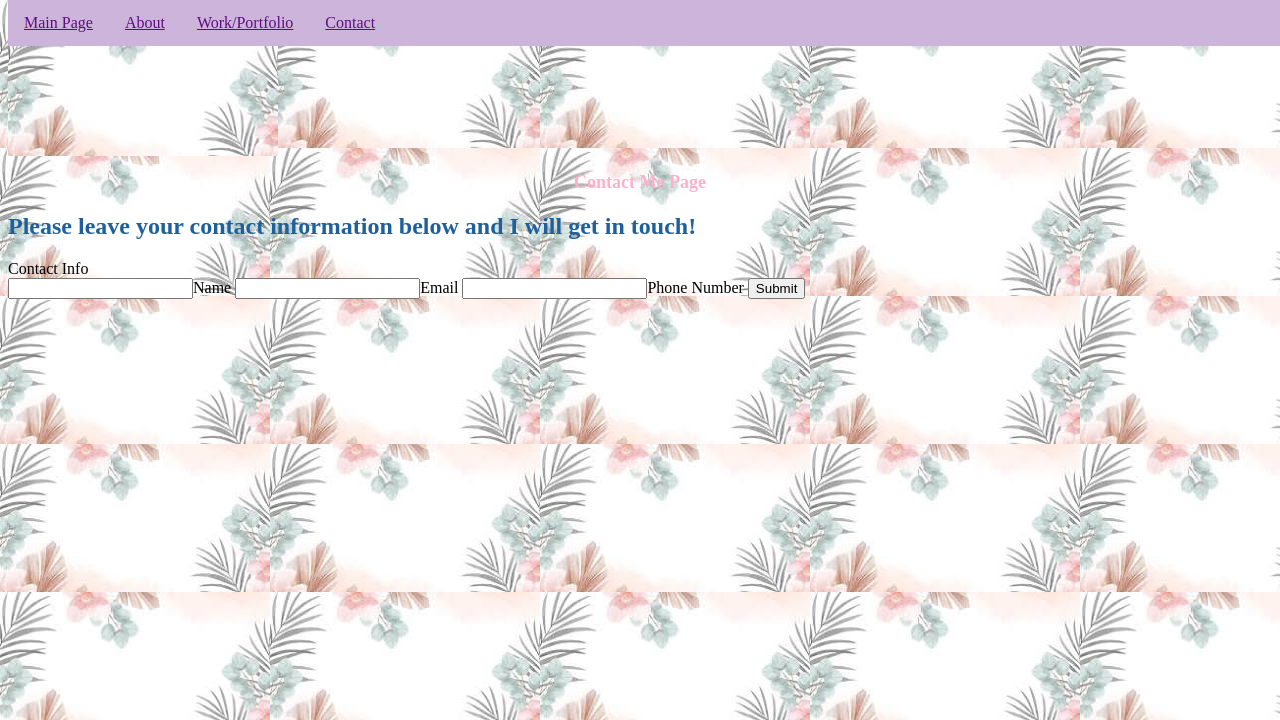
Repository: MelindaN14/My-Personal-Website
Page: contact.html
The author's editor kept a copy of each file at every save. The page is drawn from the files as they stood at one save, then again after the next save.
The browser window is 1280 px wide. The pictures show the whole page.

Above is the page before, as saved 2024-03-25 22:37:27.

After the next save:
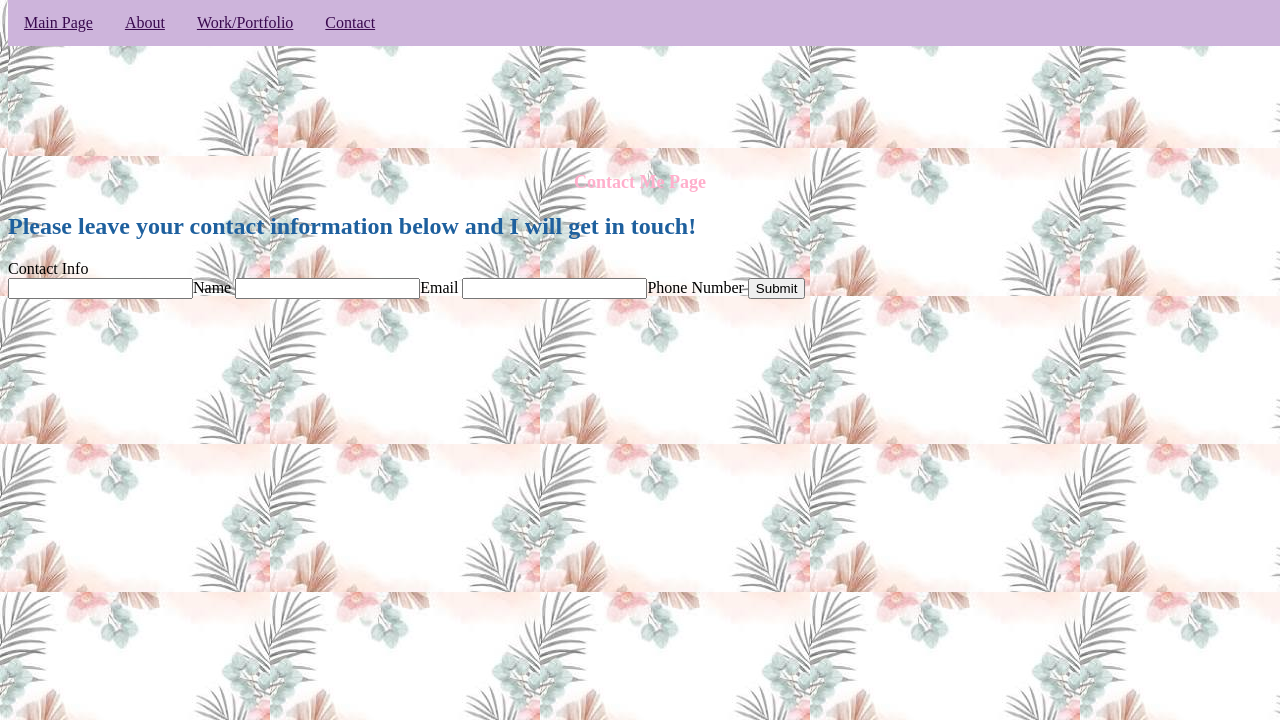
Saved 4 s later.
--- a/style.css
+++ b/style.css
@@ -10,7 +10,7 @@
 .navbar a {
   float: left;
   display: block;
-  color: #5e0d81;
+  color: #39094e;
   text-align: center;
   padding: 14px 16px;
 }

After the save that followed:
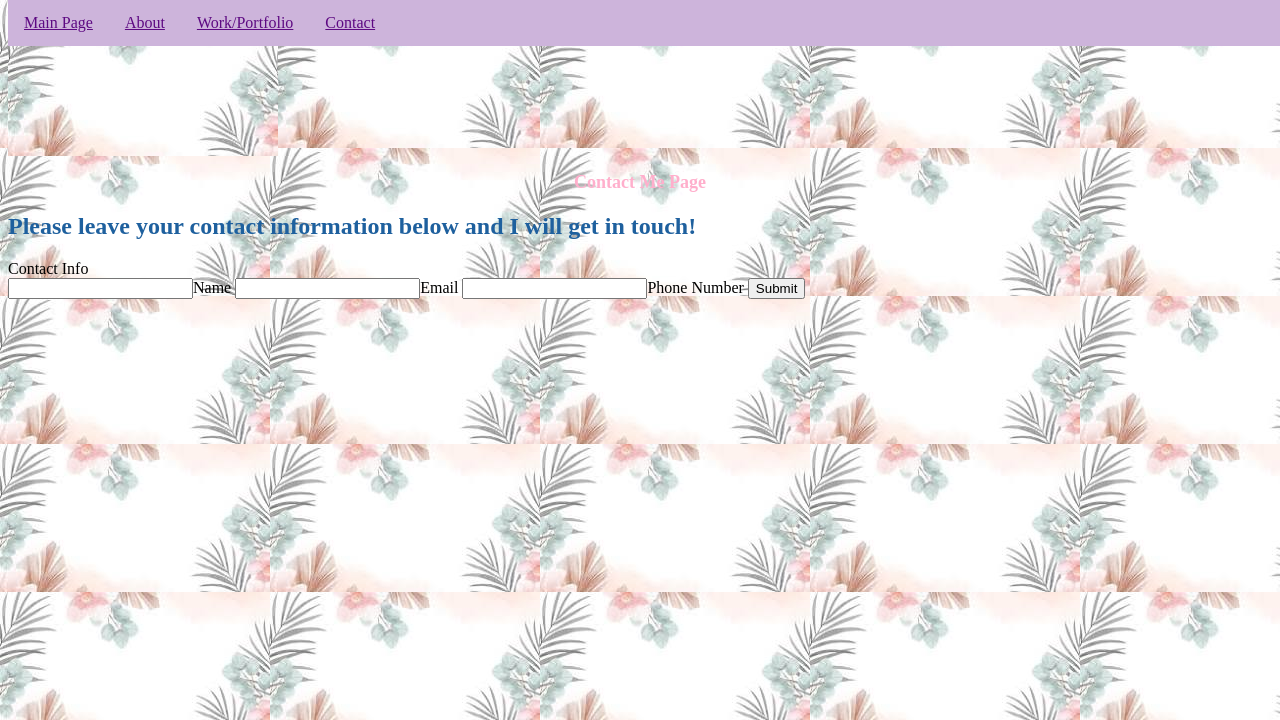
Saved 5 s later.
--- a/style.css
+++ b/style.css
@@ -10,7 +10,7 @@
 .navbar a {
   float: left;
   display: block;
-  color: #39094e;
+  color: #5d0982;
   text-align: center;
   padding: 14px 16px;
 }
